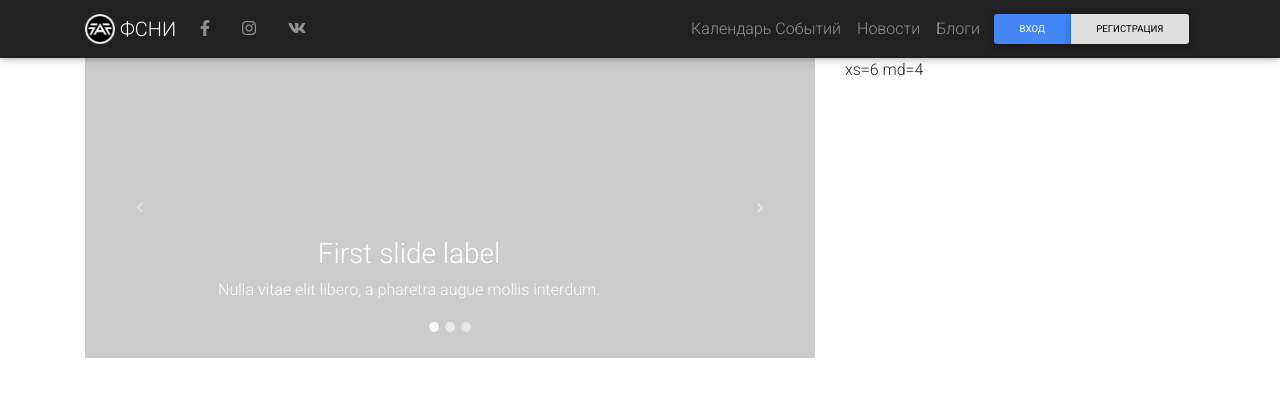
Repository: alexey1986/fsni_test
Page: /
The author's editor kept a copy of each file at every save. The page is drawn from the files as they stood at one save, then again after the next save.
The browser window is 1280 px wide. The pictures show the whole page.
The project was rebuilt for these pictures with package versions that can differ from the ones it lists, and the page was loaded fresh each time. Also part of the build but not shown: src/pages/calendar.jsx, src/pages/news.jsx, src/pages/blogs.jsx.

Above is the page before, as saved 2020-08-29 09:46:07.

### src/index.js
import React from 'react';
import ReactDOM from 'react-dom';
import 'bootstrap/dist/css/bootstrap.min.css';
import '@fortawesome/fontawesome-free/css/all.min.css';
//import 'bootstrap-css-only/css/bootstrap.min.css';
import 'mdbreact/dist/css/mdb.css';


import App from './App';
import * as serviceWorker from './serviceWorker';

ReactDOM.render(
  <React.StrictMode>
    <App />
  </React.StrictMode>,
  document.getElementById('root')
);

// If you want your app to work offline and load faster, you can change
// unregister() to register() below. Note this comes with some pitfalls.
// Learn more about service workers: https://bit.ly/CRA-PWA
serviceWorker.unregister();

### src/App.js
import React from 'react';
import { BrowserRouter as Router, Route } from "react-router-dom";
import NavBarComponent from './components/nav/NavBar';
import Home from './pages/home';
import Calendar from './pages/calendar';
import News from './pages/news';
import Blogs from './pages/blogs';

const App = () => {
  return (
    <Router>
      <NavBarComponent></NavBarComponent>
      <Route path="/" exact component={Home} />
      <Route path="/calendar" exact component={Calendar} />
      <Route path="/news" exact component={News} />
      <Route path="/blogs" exact component={Blogs} />
    </Router>
  )
}


export default App;

### src/components/nav/NavBar.jsx
import React from 'react';
import { Link, NavLink } from "react-router-dom";
import { Container, Navbar, Nav, ButtonGroup, Button } from 'react-bootstrap';
import SocialButtons from './SocialButtons';
import logo from './logo.png';

const NavBarComponent = () => {
    return (
        <Navbar bg="dark" expand="lg" variant="dark" sticky="top" >
            <Container>
                <Navbar.Brand as={Link} to='/'>
                    <img
                        alt=""
                        src={logo}
                        width="30"
                        height="30"
                        className="d-inline-block align-top"
                    />{' '}
                    ФСНИ
                </Navbar.Brand>
                <Navbar.Toggle aria-controls="basic-navbar-nav" />
                <Navbar.Collapse id="basic-navbar-nav">
                    <SocialButtons />
                    <Nav>
                        <Nav.Link as={NavLink} to='/calendar'>Календарь Событий</Nav.Link>
                        <Nav.Link as={NavLink} to='/news'>Новости</Nav.Link>
                        <Nav.Link as={NavLink} to='/blogs'>Блоги</Nav.Link>
                    </Nav>
                    <ButtonGroup size="sm" aria-label="login/registration">
                        <Button variant="primary">Вход</Button>
                        <Button variant="light">Регистрация</Button>
                    </ButtonGroup>
                </Navbar.Collapse>
            </Container>
        </Navbar>
    )
}

export default NavBarComponent;

### src/pages/home.jsx
import React from 'react';
import { Container, Row, Col } from 'react-bootstrap';
import CarouselComponent from '../components/carousel/Carousel';

const Home = () => {
    return (
        <Container>
            <Row>
                <Col xs={12} md={8}>
                    <CarouselComponent />
                </Col>
                <Col xs={6} md={4}>
                xs=6 md=4
                </Col>
            </Row>
        </Container>
    )
}

export default Home;

### src/components/nav/SocialButtons.jsx
import React from 'react';
import { Nav } from 'react-bootstrap';
import { MDBIcon } from 'mdbreact';

const SocialButtons = () => {
  return (
    <Nav className="mr-auto" >
      <Nav.Link href="#!" className="fb-ic mr-3">
        <MDBIcon fab icon="facebook-f" />
      </Nav.Link>
      <Nav.Link href="#!" className="ins-ic mr-3">
        <MDBIcon fab icon="instagram" />
      </Nav.Link>
      <Nav.Link href="#!" className="vk-ic mr-3">
        <MDBIcon fab icon="vk" />
      </Nav.Link>
    </Nav>
  );
}

export default SocialButtons;

### src/components/carousel/Carousel.jsx
import React from 'react';
import { Carousel } from 'react-bootstrap';
import './styles.css';

const CarouselComponent = () => {
    return (
        <Carousel>
            <Carousel.Item>
                <Carousel.Caption>
                    <h3>First slide label</h3>
                    <p>Nulla vitae elit libero, a pharetra augue mollis interdum.</p>
                </Carousel.Caption>
            </Carousel.Item>
            <Carousel.Item>
                <Carousel.Caption>
                    <h3>Second slide label</h3>
                    <p>Lorem ipsum dolor sit amet, consectetur adipiscing elit.</p>
                </Carousel.Caption>
            </Carousel.Item>
            <Carousel.Item>
                <Carousel.Caption>
                    <h3>Third slide label</h3>
                    <p>Praesent commodo cursus magna, vel scelerisque nisl consectetur.</p>
                </Carousel.Caption>
            </Carousel.Item>
        </Carousel>
    )
}

export default CarouselComponent;

### src/components/carousel/styles.css
.carousel-item {
    background: #ccc;
    height: 300px;
}

Loaded but not shown: public/index.html (common file); src/serviceWorker.js (common file)

After the next save:
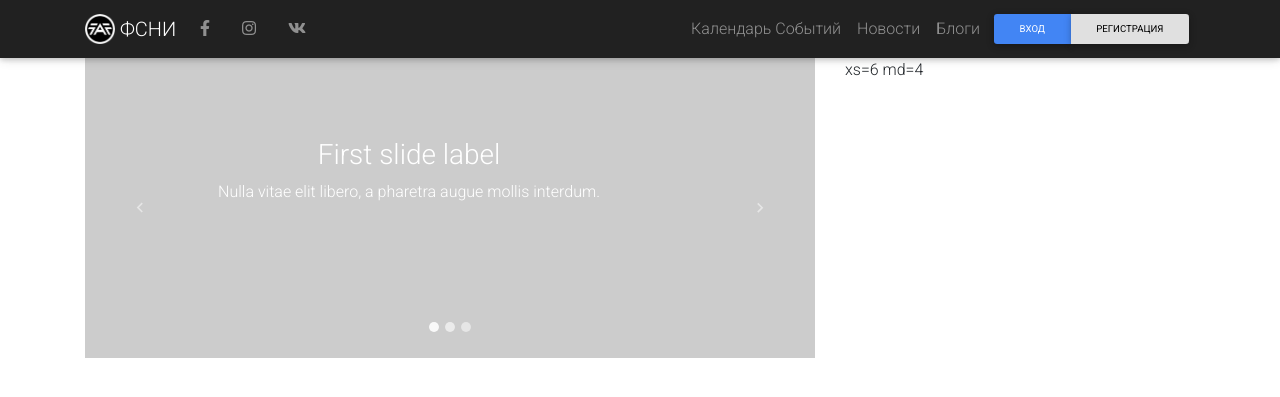
Saved 24 s later.
--- a/src/components/carousel/styles.css
+++ b/src/components/carousel/styles.css
@@ -2,3 +2,8 @@
     background: #ccc;
     height: 300px;
 }
+
+.carousel-caption {
+    top: 20%;
+    bottom: auto;
+}
